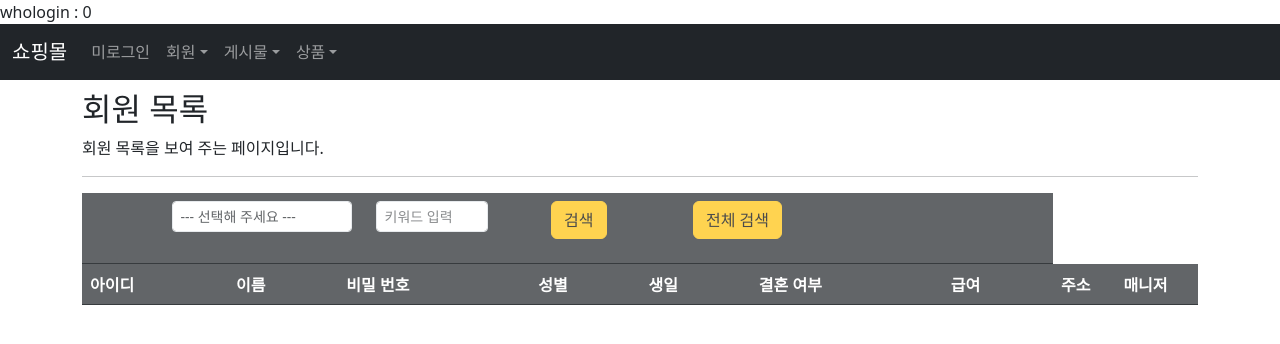
Repository: Sain-Clair/Team5
Page: http://localhost/Student/member/meList.jsp
These files come from the project's save history. The page is drawn as it stood at one moment and after the next save; the edit follows.
The browser window is 1280 px wide. The pictures show the whole page.
The page is served by Tomcat 9. The template is opened directly, without the code that normally fills it, so the values that code supplies are empty.

Above is the page before, as saved 2023-09-07 03:13:32.
Console error: SyntaxError: missing ) after argument list

After the next save:
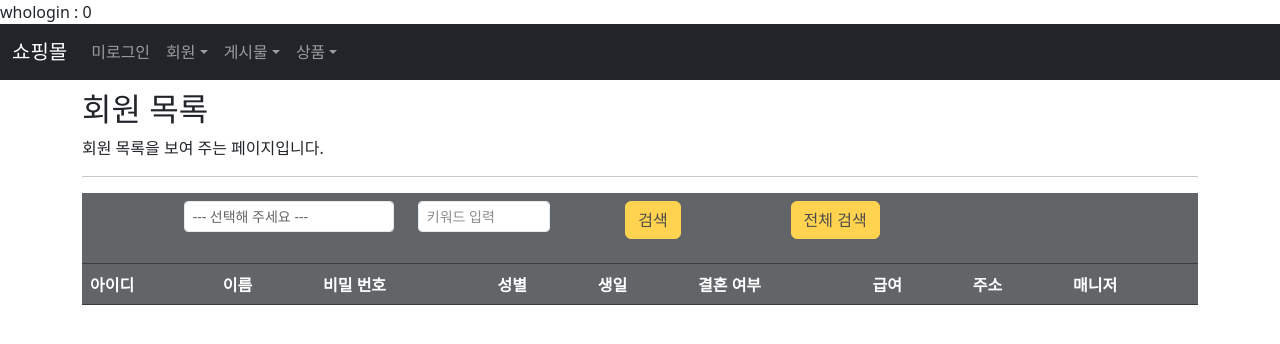
Saved 30 s later.
--- a/Student/src/main/webapp/member/meList.jsp
+++ b/Student/src/main/webapp/member/meList.jsp
@@ -46,7 +46,7 @@ function writeForm() { // 수정
 		<table class="table table-hover">
 			<thead class="table-dark">
 				<tr>
-					<td colspan="7" align="center">
+					<td colspan="9" align="center">
 						<div class="row">
 							<div class="col-sm-1"></div><!-- grid 화면을 12개로 분할. 그 중에 1 -->
 							<div class="col-sm-10">
